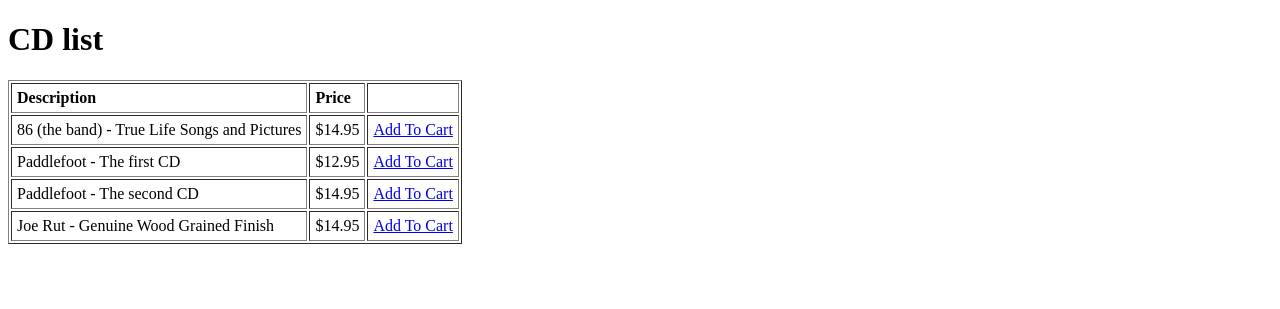
Repository: tam1806/web-Java
Page: http://localhost/myweb/
These files come from the project's save history. The page is drawn as it stood at one moment and after the next save; the edit follows.
The browser window is 1280 px wide. The pictures show the whole page.
The page is served by Tomcat 9. Other server files are loaded and not shown.

Above is the page before, as saved 2021-10-25 17:44:14.

### myweb/src/main/webapp/index.jsp
<!DOCTYPE HTML PUBLIC "-//W3C//DTD HTML 4.01 Transitional//EN"
   "http://www.w3.org/TR/html4/loose.dtd">
<html>
<head>
    <title>Murach's Java Servlets and JSP</title>

</head>
<body>
<h1>CD list</h1>

<table cellpadding="5" border=1>

  <tr valign="bottom">
    <td align="left"><b>Description</b></td>
    <td align="left"><b>Price</b></td>
    <td align="left"></td>
  </tr>

  <tr valign="top">
    <td>86 (the band) - True Life Songs and Pictures</td>
    <td>$14.95</td>
    <td><a href="<%=response.encodeURL("cart?productCode=8601")%>">Add To Cart</a></td>
  </tr>

  <tr valign="top">
    <td>Paddlefoot - The first CD</td>
    <td>$12.95</td>
    <td><a href="<%=response.encodeURL("cart?productCode=pf01")%>">Add To Cart</a></td>
  </tr>

  <tr valign="top">
    <td>Paddlefoot - The second CD</td>
    <td>$14.95</td>
    <td><a href="<%=response.encodeURL("cart?productCode=pf02")%>">Add To Cart</a></td>
  </tr>

  <tr valign="top">
    <td>Joe Rut - Genuine Wood Grained Finish</td>
    <td>$14.95</td>
    <td><a href="<%=response.encodeURL("cart?productCode=jr01")%>">Add To Cart</a></td>
  </tr>

</table>

</body>
</html>

After the next save:
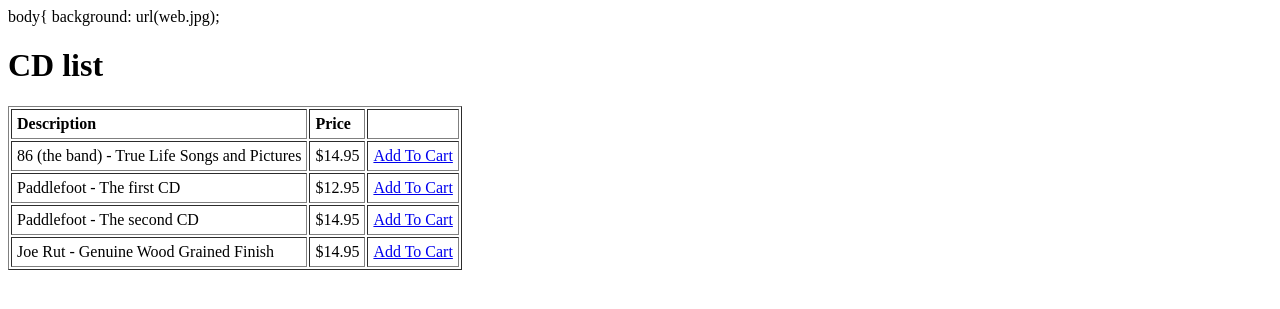
Saved 2 min 58 s later.
--- a/myweb/src/main/webapp/index.jsp
+++ b/myweb/src/main/webapp/index.jsp
@@ -3,7 +3,8 @@
 <html>
 <head>
     <title>Murach's Java Servlets and JSP</title>
-
+    body{
+    background: url(web.jpg);
 </head>
 <body>
 <h1>CD list</h1>
